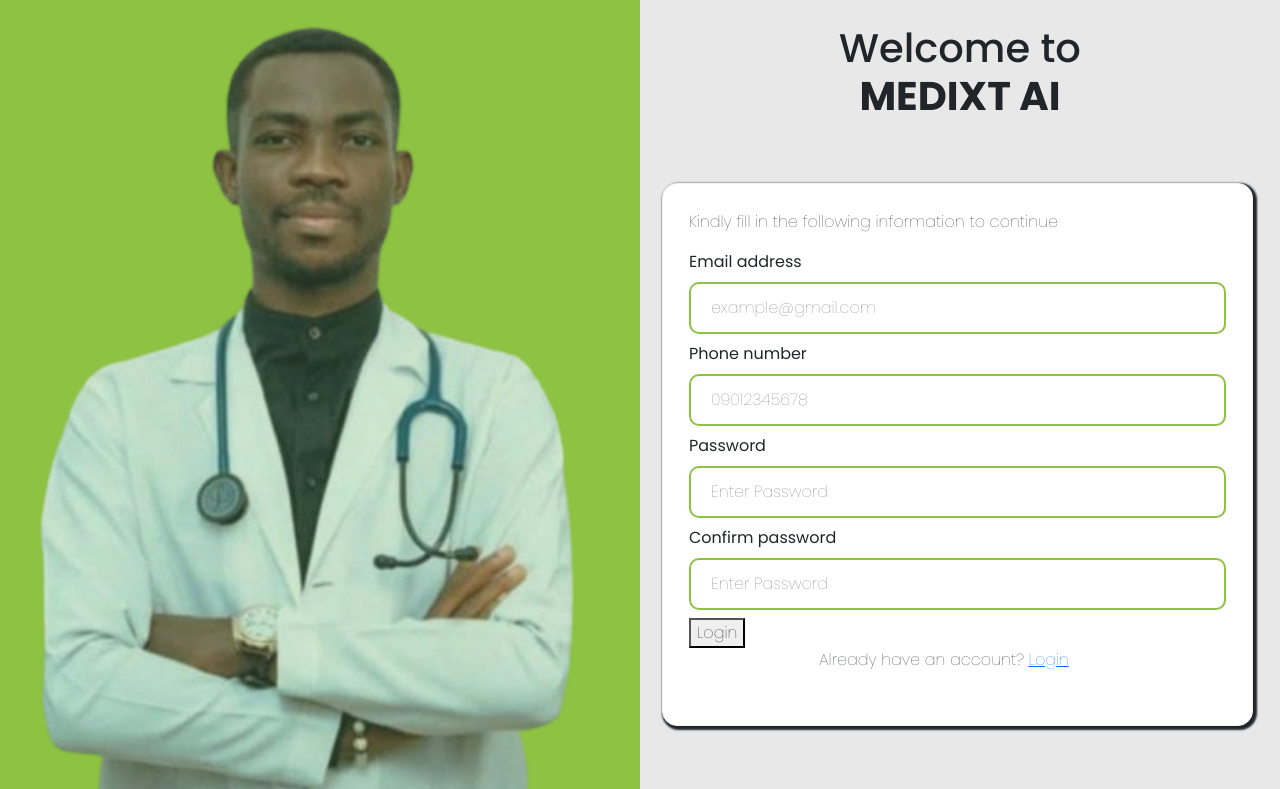
Repository: ChidexStanley/MEDIXT-AI
Page: regiter.html
An editor plug-in stored every save of this project. The page is shown before and after a run of saves, followed by the edit.
The browser window is 1280 px wide. The pictures show the whole page.

Above is the page before, as saved 2024-07-15 02:51:32.

### regiter.html
<!DOCTYPE html>
<html lang="en">
  <head>
    <meta charset="utf-8">
    <meta name="viewport" content="width=device-width, initial-scale=1">
    <link href="https://cdn.jsdelivr.net/npm/bootstrap@5.0.2/dist/css/bootstrap.min.css" rel="stylesheet" integrity="sha384-EVSTQN3/azprG1Anm3QDgpJLIm9Nao0Yz1ztcQTwFspd3yD65VohhpuuCOmLASjC" crossorigin="anonymous">
    <link rel="stylesheet" href="assets/css/style.css">

    <link rel="preconnect" href="https://fonts.googleapis.com">
    <link rel="preconnect" href="https://fonts.gstatic.com" crossorigin>
    <link
      href="https://fonts.googleapis.com/css2?family=Poppins:ital,wght@0,100;0,200;0,300;0,400;0,500;0,600;0,700;0,800;0,900;1,100;1,200;1,300;1,400;1,500;1,600;1,700;1,800;1,900&display=swap"
      rel="stylesheet">
    <title>MEDIXT AI</title>
  </head>
  <body>
    <div class="container-fluid">
        <div class="row">
            <div class="col-md-6" style="background-color: #8DC242 ; opacity: 75%;">
                <img class="img1" src="assets/images/doc.png" alt="">
            </div>
            <div class="col-md-6" style="background-color: #E8E8E8;">
                <div>
                    <div class="head">
                        <h1 style="text-align: center;">Welcome to <br> <b>MEDIXT AI</b></h1>
                    </div>
                    <form class="form2">
                        <div class="container">
                            <p>Kindly fill in the following information to continue</p>
                          <label><b>Email address</b></label>
                          <input type="email" placeholder="example@gmail.com"required>

                          <label><b>Phone number</b></label>
                          <input type="number" placeholder="09012345678"required>

                          <label><b>Password</b></label>
                          <input type="password" placeholder="Enter Password" required>

                          <label><b>Confirm password</b></label>
                          <input type="password" placeholder="Enter Password" required>

                          <button type="submit" >Login</button>
                          <div class="rgt">
                            <span>Already have an account? <a href="#">Login</a></span>
                          </div>
                        </div>
                      </form>
                </div>
            </div>
        </div>
    </div>


    <script src="https://cdn.jsdelivr.net/npm/bootstrap@5.0.2/dist/js/bootstrap.bundle.min.js" integrity="sha384-MrcW6ZMFYlzcLA8Nl+NtUVF0sA7MsXsP1UyJoMp4YLEuNSfAP+JcXn/tWtIaxVXM" crossorigin="anonymous"></script>
    <!--
    <script src="https://cdn.jsdelivr.net/npm/@popperjs/core@2.9.2/dist/umd/popper.min.js" integrity="sha384-IQsoLXl5PILFhosVNubq5LC7Qb9DXgDA9i+tQ8Zj3iwWAwPtgFTxbJ8NT4GN1R8p" crossorigin="anonymous"></script>
    <script src="https://cdn.jsdelivr.net/npm/bootstrap@5.0.2/dist/js/bootstrap.min.js" integrity="sha384-cVKIPhGWiC2Al4u+LWgxfKTRIcfu0JTxR+EQDz/bgldoEyl4H0zUF0QKbrJ0EcQF" crossorigin="anonymous"></script>
    -->
  </body>
</html>

### assets/css/style.css
* {
    font-family: "Poppins", sans-serif;
    font-weight: 100;
    font-style: normal;
}

body {
    width: 100%;
    height: 100%;
    background-color: #8DC242;
}

.container-fluid {
    width: 100%;
    height: auto;
}

.form1 {
    border: 1px solid #f1f1f1;
    border-radius: 15px;
    box-shadow: 2px 2px 2px 2px;
    width: 591px;
    height: 467px;
    margin: 63px 10px;
    padding: 10px;
    background-color: #fff;
}

.form2 {
    border: 1px solid #f1f1f1;
    border-radius: 15px;
    box-shadow: 2px 2px 2px 2px;
    width: 591px;
    height: 543px;
    margin: 63px 10px;
    padding: 10px;
    background-color: #fff;
}

input[type=email],
input[type=number],
input[type=password] {
    width: 100%;
    padding: 12px 20px;
    margin: 8px 0;
    display: inline-block;
    border: 2px solid #8DC242;
    border-radius: 10PX;
    box-sizing: border-box;
}

.buttonSign {
    background-color: #8DC242;
    color: white;
    padding: 14px 5px;
    margin: 8px 200px;
    border: none;
    border-radius: 10PX;
    cursor: pointer;
    width: 30%;
    align-items: center;
}


.head {
    text-align: center;
    margin: 24px 0 12px 0;
}


.container {
    padding: 16px;
}


.img1 {
    width: 100%;
    height: 100%;
    object-fit: cover;
}

.rgt {
    margin-left: 130px;
    padding: 0;

}

.box_1 {
    border-radius: 10px;
    border: #000;
    align-items: center;
    width: 100%;
    height: 100%;
    padding: 15px;
    background-color: #fff;
    box-shadow: 2px 2px 5px 5px;
    margin-top: 10px;
}

.input {
    border-radius: 7px;
    border-color: #8DC242;
    padding-left: 7px;
}

/* home page styling */
.logo {
    width: 3rem;
}

.btn-home {
    width: 9rem;
    height: 3rem;
    color: black;
    background-color: white;
    color: #000;
}

.sideBtn {}

After the next 2 saves:
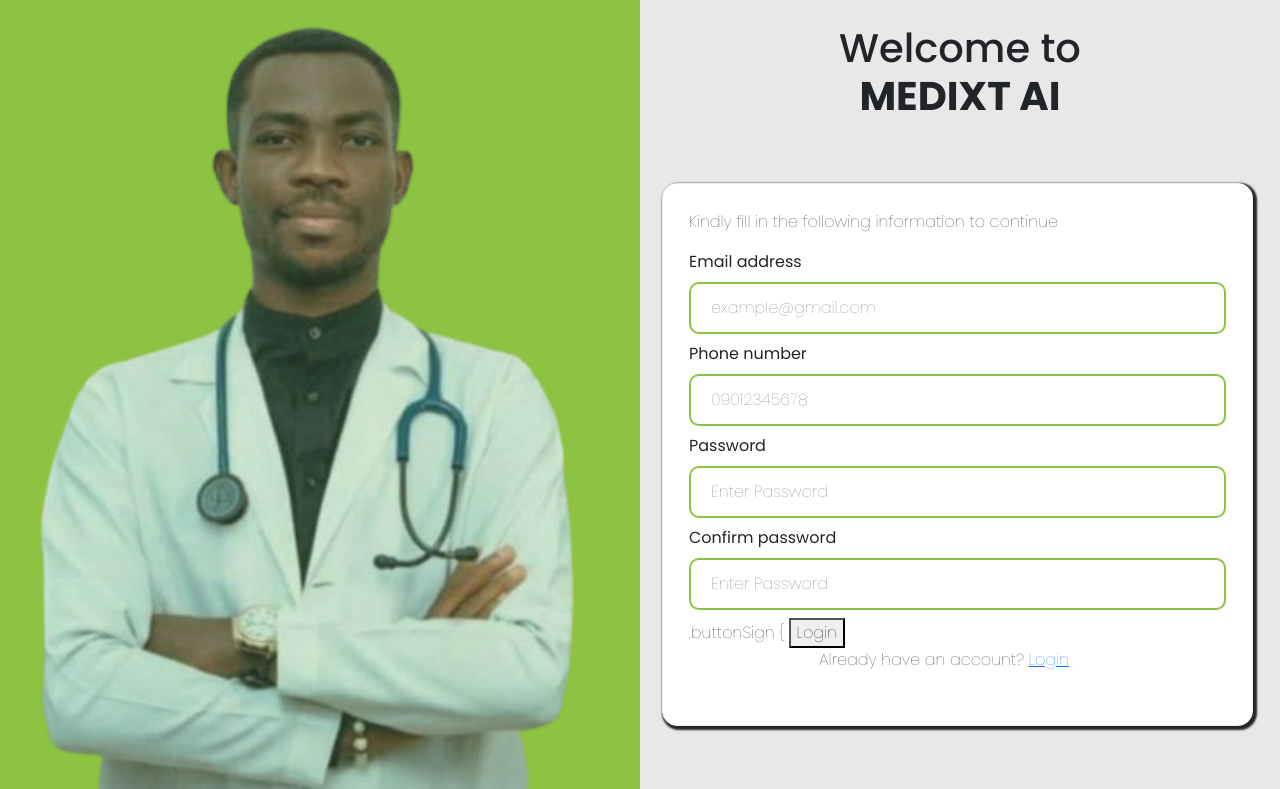
The 2 saves are shown as one change because they came seconds apart.
The last was saved 9 s later.
--- a/regiter.html
+++ b/regiter.html
@@ -39,7 +39,8 @@
                           <label><b>Confirm password</b></label>
                           <input type="password" placeholder="Enter Password" required>
 
-                          <button type="submit" >Login</button>
+.buttonSign {
+                          <button type="submit" class="">Login</button>
                           <div class="rgt">
                             <span>Already have an account? <a href="#">Login</a></span>
                           </div>
